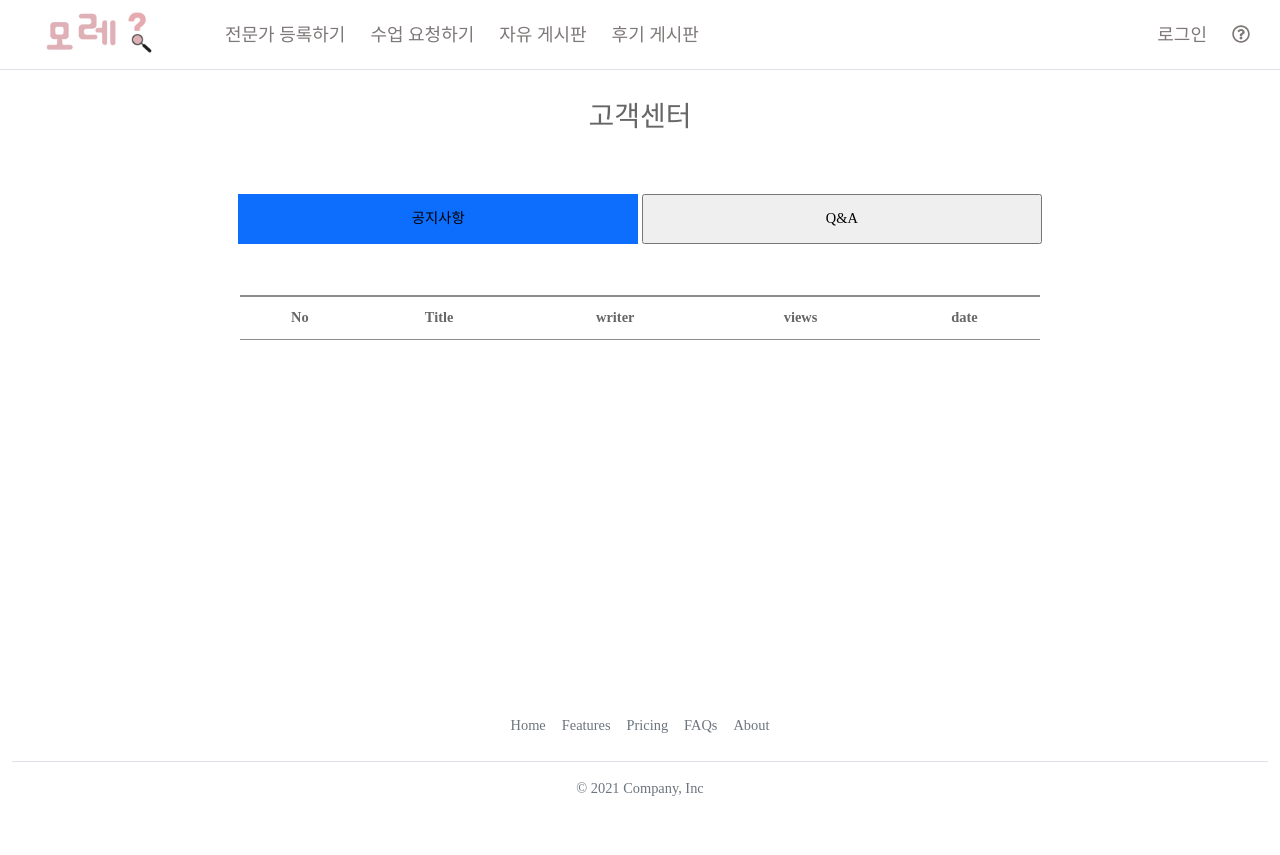
Repository: isssson/MVC2_more
Page: http://localhost/more/WEB-INF/views/center/notice.jsp
An editor plug-in stored every save of this project. The page is shown before and after the next save, followed by the edit.
The browser window is 1280 px wide. The pictures show the whole page.
Some web libraries are served in a nearby version. The page is served by Tomcat 9. Nobody is signed in. Other server files are loaded and not shown. The template is opened directly, without the code that normally fills it, so the values that code supplies are empty.

Above is the page before, as saved 2021-12-13 02:01:01.

### more/src/main/webapp/WEB-INF/views/center/notice.jsp
<%@ page language="java" contentType="text/html; charset=UTF-8"
   pageEncoding="UTF-8"%>
<%@ taglib prefix="c" uri="http://java.sun.com/jsp/jstl/core" %>
<%@ taglib prefix="fn" uri="http://java.sun.com/jsp/jstl/functions" %>
<!DOCTYPE html>
<html>
<head>
<meta charset="UTF-8">
<link rel="stylesheet" href="resources/css/bootstrap.min.css">
<style type="text/css">
body {
    font-family: "맑은 고딕";
    font-size: 0.9em;
    color: #666;
}

a {
    text-decoration: none;
    color: #09f;
}

a:hover {
    text-decoration: underline;
}

caption {
    display: none; /안보이게 설정,
                              화면에 보이지는 않지만 스크린리더리로 읽어짐./
}

table {
    margin: 0px auto;
    width: 800px;
    border-collapse: collapse;
    border-top: 2px solid #8d8d8d;
}

th {
    padding: 10px 8px; /padding: vertical horizontal;/
    background: #f9f9f9;
    color: #666;
    border-bottom: 1px solid #8d8d8d;
    text-align: center;
}

td {
    padding: 10px 8px; /padding: vertical horizontal;/
    line-height: 1.25em;
    color: #666;
    border-bottom: 1px solid #8d8d8d;
    text-align: center;
}

td.article { /article 클래스가 적용된 열만 좌측 정렬/
    text-align: left;
    width: 480px;
}

.tex {
    text-align: center;
    padding: 5px;
    margin-left: 1080px;
}
</style>
<title>모레-공지사항</title>
</head>
<body>
<%@ include file="/WEB-INF/views/header.jsp" %>
    <h3 class="fw-400 text-center" style="padding: 30px;">고객센터</h3>
   <div style="text-align: center; margin: 30px;">
      <input type="button" value="공지사항" style="width: 400px; height: 50px; background-color: #0d6efd; border: none;" onclick="location.href='noticeList.do'">
      <input type="button" value="Q&A" style="width: 400px; height: 50px;" onclick="location.href='qnaList.do'">
   </div>
   <br>
   <div class="dataTbl1" style="height: 300px;">
      <table summary="공지사항 목록입니다.">
         <!--표의 제목-->
         <caption>공지사항</caption>
         <!--테이블 머리말 부분-->
         <thead>
            <tr>
               <th>No</th>
               <th>Title</th>
               <th>writer</th>
               <th>views</th>
               <th>date</th>
            </tr>
         </thead>
         <!--테이블 내용 부분-->
         <tbody>
            <c:forEach var="dto" items="${list }">
               <tr>
                  <td>${dto.n_idx}</td>
                  <td class="article"><a href="noticeContent.do?n_idx=${dto.n_idx }">${dto.title }</a></td>
                  <td style="width: 100px;">${dto.writer }</td>
                  <td>${dto.readcnt }</td>
                  <td>${fn:substring(dto.writedate,0,10)}</td>
               </tr>
            </c:forEach>
         </tbody>
      </table>
   </div>
   <div class="page_nav">
     <nav aria-label="Page navigation example" class="mb-5">
       <ul class="pagination justify-content-center mt-5">
         ${pagestr }
       </ul>
     </nav>
   </div>
<%@ include file="/WEB-INF/views/footer.jsp" %>
</body>
</html>

### more/src/main/webapp/WEB-INF/views/header.jsp
<%@ page language="java" contentType="text/html; charset=UTF-8"
    pageEncoding="UTF-8"%>
<%@ taglib prefix="c" uri="http://java.sun.com/jsp/jstl/core" %>
<script src="https://use.fontawesome.com/releases/v5.2.0/js/all.js"></script>
<link href="resources/css/header.css" rel="stylesheet">
<!-- ---------------------비회원  -->
<c:if test="${sessionScope.sessionStatus == null }">
	<header>
    <div id="headerContainer">
        <a href="index.do"><img src="resources/img/more_logo.jpg" alt="logo" style="padding: 10px"></a>
        <div id="menubar">
          <div id="leftMenu">
            <div><a href="regist1.do">전문가 등록하기</a></div>
            <div><a href="lessonList.do">수업 요청하기</a></div>
            <div><a href="bbsList.do">자유 게시판</a></div>
            <div><a href="reviewList.do">후기 게시판</a></div>
          </div>
          <div id="rightMenu">
               <div><a href="login.do">로그인</a></div>
               <div><a href="noticeList.do"><i class="far fa-question-circle"></i></a></div>
          </div>
        </div>
      </div>
	</header>
</c:if>
<!----------------------기본(의뢰인) 로그인중-->
<c:if test="${sessionScope.sessionStatus == 1 }">
	<header>
     <div id="headerContainer">
        <a href="index.do"><img src="resources/img/more_logo.jpg" alt="logo" style="padding: 10px"></a>
        <div id="menubar">
          <div id="leftMenu">
            <div id="client" onmouseover="show()" onmouseout="hide()">
               <a href="#">레슨</a>
              </div>
            <div id="joinExpert">
               <a href="regist1.do">전문가 등록하기</a>
             </div>
            <div><a href="bbsList.do">자유 게시판</a></div>
            <div><a href="reviewList.do">후기 게시판</a></div>
          </div>
          <div id="rightMenu">
            <div>${sessionScope.sessionName }님</div>
            <div><a href="setting.do"><i class="far fa-user fa-1x"></i></a></div>
            <div><a href="noticeList.do"><i class="far fa-question-circle"></i></a></div>
          </div>
        </div>
      </div>
      <div id="hiddenHeaderContainer" onmouseover="show()" onmouseout="hide()">
        <div class="hiddenItem">
          <div class="Item"><a href="suggestList.do">레슨 목록</a></div>
          <div class="Item"><a href="lessonList.do">레슨 요청하기</a></div>
          <div class="Item"><a href="sentRequest.do?id=${sessionScope.sessionId}">보낸 요청</a></div>
          <div class="Item"><a href="receiveSuggest.do?id=${sessionScope.sessionId }">받은 제안</a></div>
          <div class="Item"><a href="m_documentList.do">나의 레슨 내역</a></div>
        </div>
      </div>
	</header>
</c:if>
<!-- -----------------------전문가 로그인중 -->
<c:if test="${sessionScope.sessionStatus == 2 }">
	<header>
     <div id="headerContainer">
       <a href="index.do"><img src="resources/img/more_logo.jpg" alt="logo" style="padding: 10px"></a>
       <div id="menubar">
         <div id="leftMenu">
           <div id="client" onmouseover="show()" onmouseout="hide()">
              <a href="#">레슨</a>
             </div>
           <div><a href="bbsList.do">자유 게시판</a></div>
           <div><a href="reviewList.do">후기 게시판</a></div>
         </div>
         <div id="rightMenu">
           <div>${sessionScope.sessionName }님</div>
           <div><a href="setting.do"><i class="far fa-user fa-1x"></i></a></div>
		   <div><a href="noticeList.do"><i class="far fa-question-circle"></i></a></div>
         </div>
       </div>
     </div>
     <div id="hiddenHeaderContainer" onmouseover="show()" onmouseout="hide()">
       <div class="hiddenItem">
       	 <div class="Item"><a href="requestList.do">요청서 목록</a></div>
       	 <div class="Item"><a href="suggest.do">레슨 제안하기</a></div>
         <div class="Item"><a href="sentsuggest.do?id=${sessionScope.sessionId}">보낸 제안</a></div>
		 <div class="Item"><a href="m_documentList.do">나의 레슨 내역</a></div>
       </div>
     </div>
	</header>
</c:if>
   <script>
       function show(){
         document.getElementById('hiddenHeaderContainer').style.display='block';
       }
       function hide(){
         document.getElementById('hiddenHeaderContainer').style.display='none';
       }
  </script>

### more/src/main/webapp/WEB-INF/views/footer.jsp
<%@ page language="java" contentType="text/html; charset=UTF-8"
    pageEncoding="UTF-8"%>
<link href="resources/css/footer.css" rel="stylesheet">
<div class="container-fluid">
  <footer class="py-3 my-4">
    <ul class="nav justify-content-center border-bottom pb-3 mb-3">
      <li class="nav-item"><a href="#" class="nav-link px-2 text-muted">Home</a></li>
      <li class="nav-item"><a href="#" class="nav-link px-2 text-muted">Features</a></li>
      <li class="nav-item"><a href="#" class="nav-link px-2 text-muted">Pricing</a></li>
      <li class="nav-item"><a href="#" class="nav-link px-2 text-muted">FAQs</a></li>
      <li class="nav-item"><a href="#" class="nav-link px-2 text-muted">About</a></li>
    </ul>
    <p class="text-center text-muted">&copy; 2021 Company, Inc</p>
  </footer>
</div>

<div class="b-example-divider"></div>

### more/src/main/webapp/resources/css/header.css
@charset "UTF-8";
a{
    text-decoration:none;
    color:rgb(26, 25, 25);
}
a:hover{
    color:rgb(26, 25, 25);
}
svg{
    color: #7e7878;
}
svg:hover{
    color: #424040;
    cursor: pointer;
}
#headerContainer{
    width:100%;
    height:70px;
    margin: 0 auto;
    display: flex;
    flex-direction: row;
    border-bottom:1px solid #dee2e6;
}
#headerContainer img{
    width: 200px;
    height: 65px;
    object-fit: cover;
}
#headerContainer #menubar{
    width:100%;
    height: 70px;
    display: flex;
    flex-direction: row;
    justify-content: space-between;
}
#headerContainer #menubar div a{
    font-size: 18px;
    color: #7e7878;
}
#headerContainer #menubar a:hover{
    color: #424040;
    font-weight: bold;
}
#menubar #leftMenu{
    display: flex;
}
#menubar #rightMenu{
    display: flex;
    margin-right: 30px;
}
#menubar #leftMenu div, #menubar #rightMenu div{
    font-size: 18px;
    line-height: 70px;
    margin-left: 25px;
}
#hiddenHeaderContainer{
    position: absolute;
    display: none;
    z-index: 1;
    width:100%;
    height:70px;
    left:50%;
    border-top:1px solid rgb(187, 183, 183);
    border-bottom:1px solid rgb(187, 183, 183);
    transform: translate(-50%);
    background-color: white;
}
#hiddenHeaderContainer .hiddenItem{

    width:100%;
    height:70px;
    margin-left: 170px;
    display: flex;
}
#hiddenHeaderContainer .hiddenItem .Item a{
    font-size: 18px;
    line-height: 70px;
    margin-left: 50px;
    color: #7e7878;
}
#hiddenHeaderContainer .hiddenItem .Item a:hover{
    color: #424040;
    font-weight: bold;
}

### more/src/main/webapp/resources/css/footer.css
@charset "UTF-8";
li {
	border-top: none;
}

Loaded but not shown: more/src/main/webapp/resources/css/bootstrap.min.css (library)

After the next save:
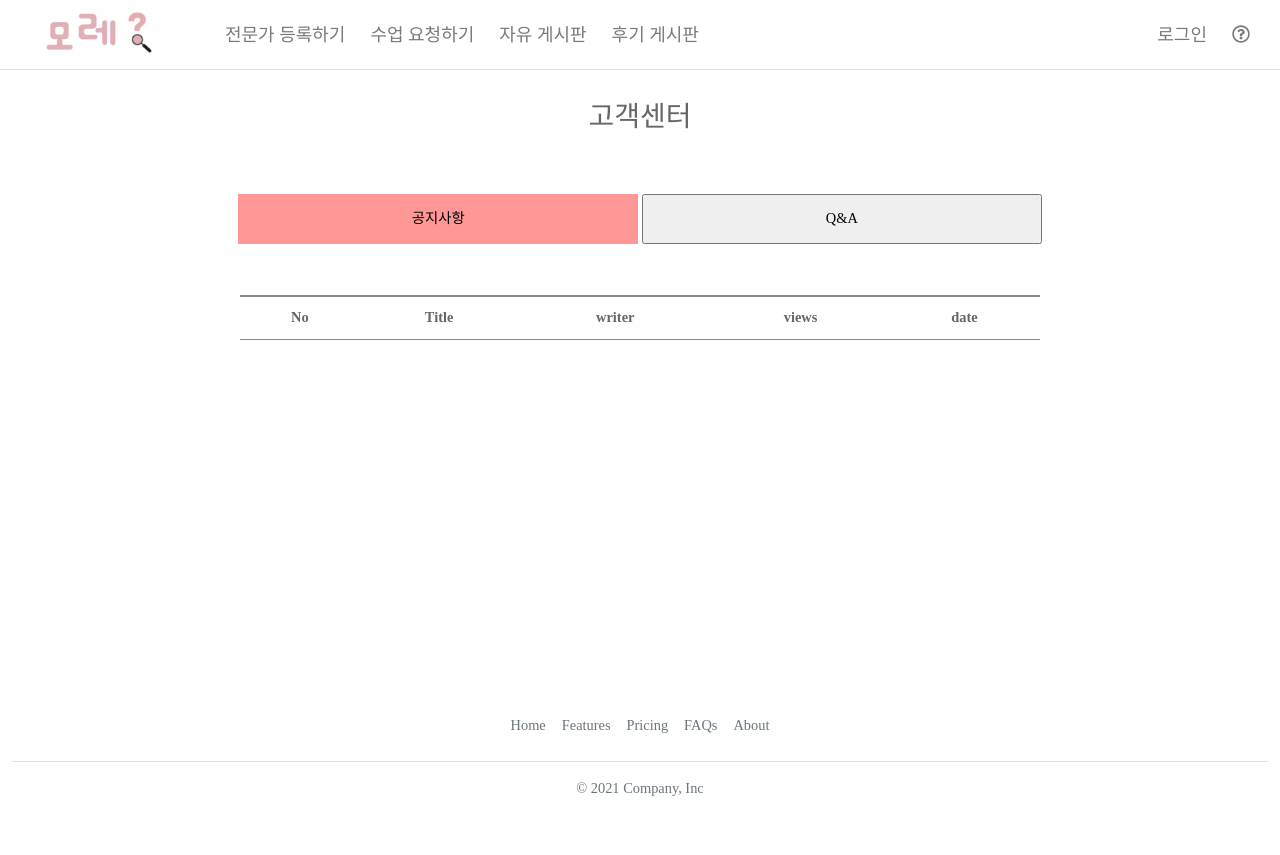
Saved 11 min 48 s later.
--- a/more/src/main/webapp/WEB-INF/views/center/notice.jsp
+++ b/more/src/main/webapp/WEB-INF/views/center/notice.jsp
@@ -68,7 +68,7 @@ td.article { /article 클래스가 적용된 열만 좌측 정렬/
 <%@ include file="/WEB-INF/views/header.jsp" %>
     <h3 class="fw-400 text-center" style="padding: 30px;">고객센터</h3>
    <div style="text-align: center; margin: 30px;">
-      <input type="button" value="공지사항" style="width: 400px; height: 50px; background-color: #0d6efd; border: none;" onclick="location.href='noticeList.do'">
+      <input type="button" value="공지사항" style="width: 400px; height: 50px; background-color: #ff9797; border: none;" onclick="location.href='noticeList.do'">
       <input type="button" value="Q&A" style="width: 400px; height: 50px;" onclick="location.href='qnaList.do'">
    </div>
    <br>
